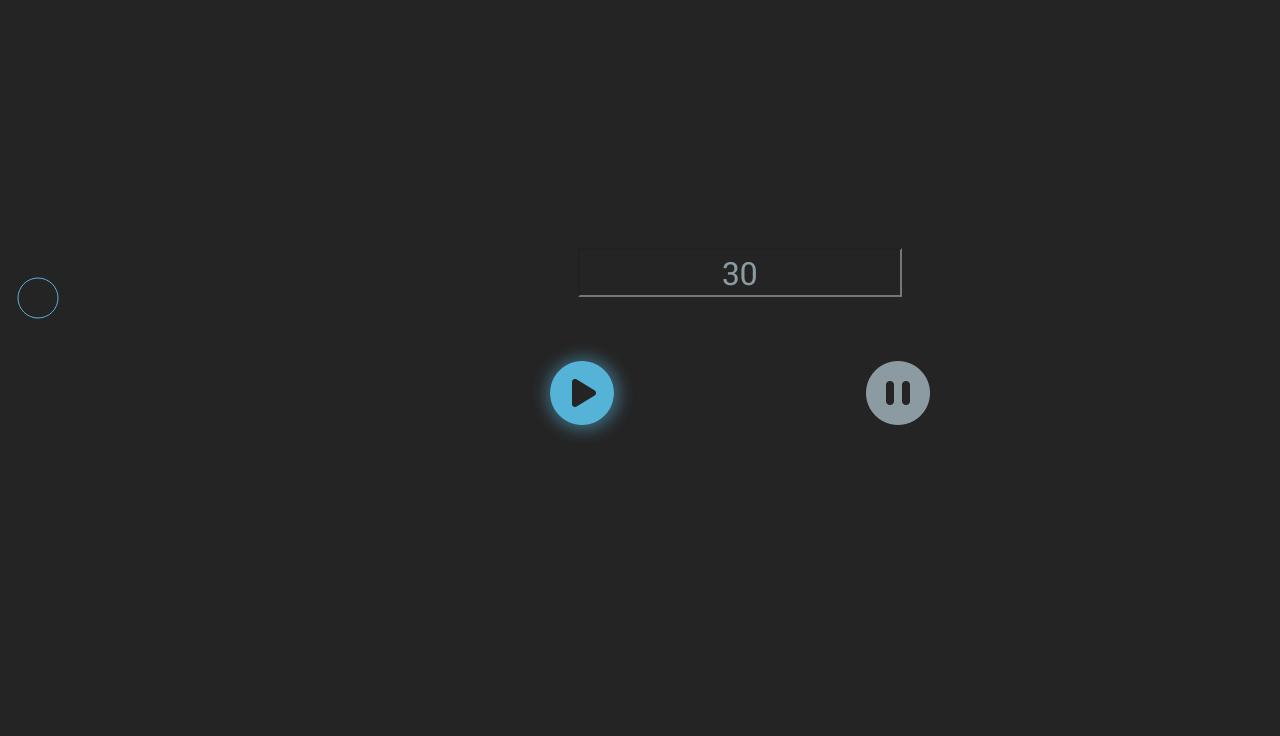
Repository: Sbethm/javascript-challenges
Page: index.html
An editor plug-in stored every save of this project. The page is shown before and after a run of saves, followed by the edit.
The browser window is 1280 px wide. The pictures show the whole page.
Some web libraries are served in a nearby version. The style sheet was rebuilt from its Sass, Less or Tailwind sources for each picture, by a compiler version that may differ from the author's.

Above is the page before, as saved 2021-09-17 15:29:52.

After the next 2 saves:
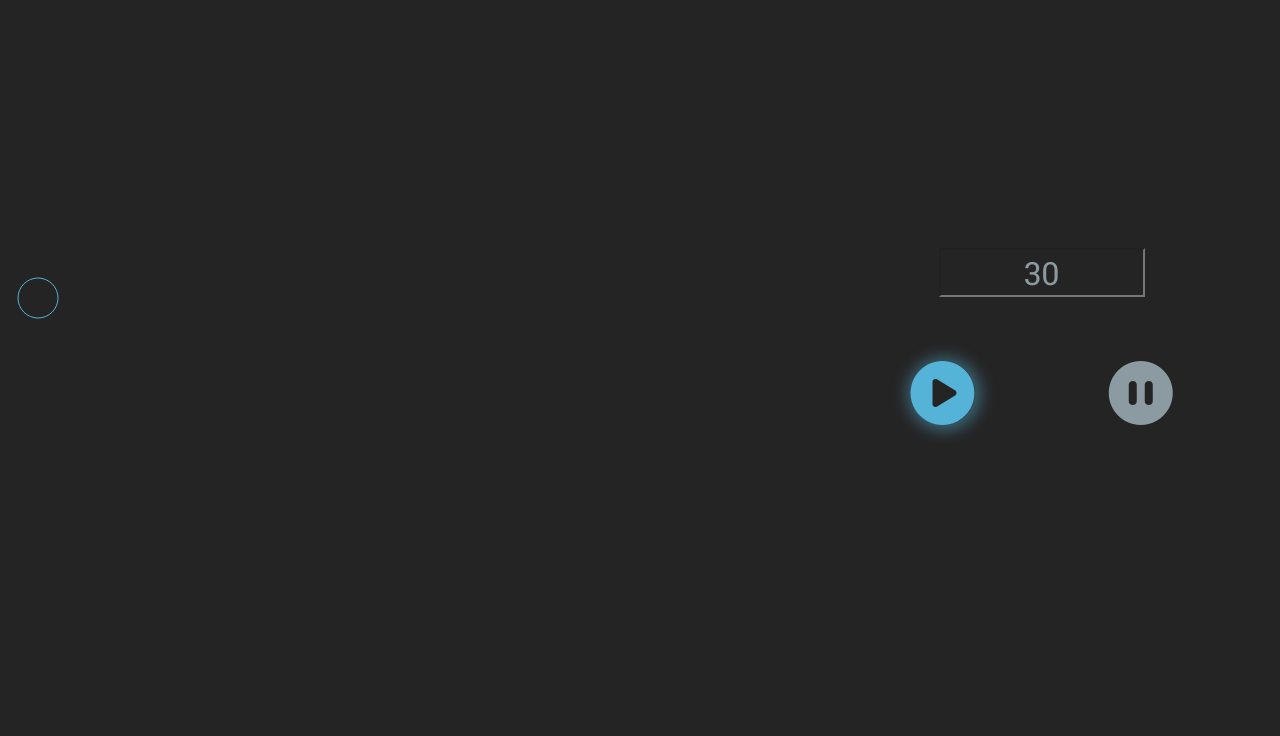
The 2 saves are shown as one change because they came seconds apart.
The last was saved 5 s later.
--- a/SCSS/main.scss
+++ b/SCSS/main.scss
@@ -12,7 +12,8 @@ main{
 }
 
 svg{
-    width: 100;
+    width: 100vw;
+
     & circle {
         fill: rgb(37, 36, 36);
         stroke: $activeColor;
